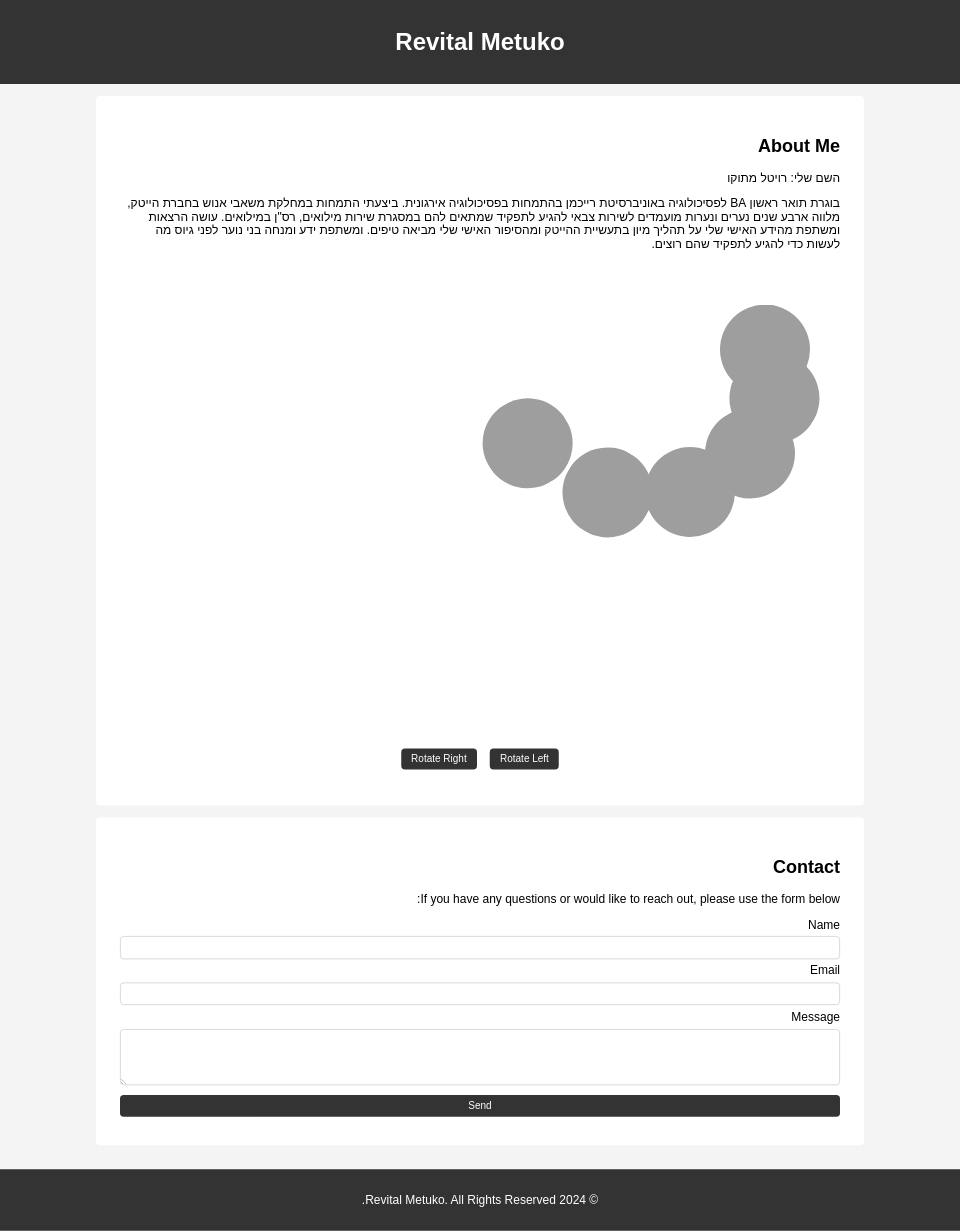
Repository: revitalmetuko/spiral-gallery
Page: RevitalWeb/index.html
An editor plug-in stored every save of this project. The page is shown before and after the next save, followed by the edit.
The browser window is 1280 px wide. The pictures show the whole page, at 75% of full size.
Pictures or frames that could not be fetched are drawn as grey boxes.

Above is the page before, as saved 2024-08-03 22:30:27.

### RevitalWeb/index.html
<!DOCTYPE html>
<html lang="en">
<head>
    <meta charset="UTF-8">
    <meta name="viewport" content="width=device-width, initial-scale=1.0">
    <title>Revital Metuko</title>
    <style>
        body {
            font-family: Arial, sans-serif;
            margin: 0;
            padding: 0;
            background-color: #f4f4f4;
            direction: rtl;
            text-align: right;
        }
        .header {
            background-color: #333;
            color: #fff;
            padding: 1em 0;
            text-align: center;
        }
        .container {
            width: 80%;
            margin: auto;
            overflow: hidden;
            padding: 1em 0;
        }
        .about, .contact {
            background: #fff;
            padding: 2em;
            margin-bottom: 1em;
            border-radius: 5px;
        }
        .spiral-container {
            position: relative;
            width: 600px;
            height: 600px;
            margin: 2em auto;
        }
        .spiral-container img {
            position: absolute;
            width: 120px;
            height: 120px;
            border-radius: 50%;
            transform-origin: center;
            transition: transform 0.5s;
            cursor: pointer;
        }
        .footer {
            text-align: center;
            padding: 1em 0;
            background-color: #333;
            color: #fff;
        }
        form {
            display: flex;
            flex-direction: column;
        }
        input, textarea {
            padding: 0.5em;
            margin: 0.5em 0;
            border: 1px solid #ccc;
            border-radius: 5px;
        }
        input[type="submit"] {
            background-color: #333;
            color: #fff;
            border: none;
            cursor: pointer;
        }
        .controls {
            text-align: center;
            margin: 1em 0;
        }
        .controls button {
            padding: 0.5em 1em;
            margin: 0 0.5em;
            background-color: #333;
            color: #fff;
            border: none;
            cursor: pointer;
            border-radius: 5px;
        }
    </style>
</head>
<body>

    <div class="header">
        <h1>Revital Metuko</h1>
    </div>

    <div class="container">
        <div class="about">
            <h2>About Me</h2>
            <p>השם שלי: רויטל מתוקו</p>
            <p>בוגרת תואר ראשון BA לפסיכולוגיה באוניברסיטת רייכמן בהתמחות בפסיכולוגיה אירגונית. ביצעתי התמחות במחלקת משאבי אנוש בחברת הייטק, מלווה ארבע שנים נערים ונערות מועמדים לשירות צבאי להגיע לתפקיד שמתאים להם במסגרת שירות מילואים, רס"ן במילואים. עושה הרצאות ומשתפת מהידע האישי שלי על תהליך מיון בתעשיית ההייטק ומהסיפור האישי שלי מביאה טיפים. ומשתפת ידע ומנחה בני נוער לפני גיוס מה לעשות כדי להגיע לתפקיד שהם רוצים.</p>
            <div class="spiral-container" id="spiral-container">
                <img src="/img/8ca01ed6-859c-43f2-9bc1-78a3dd2121d4.jpeg" alt="Revital Metuko Image 1">
                <img src="/img/IMG_3363.jpeg" alt="Revital Metuko Image 2">
                <img src="/img/IMG_4815.jpeg" alt="Revital Metuko Image 3">
                <img src="/img/IMG_7943.jpeg" alt="Revital Metuko Image 4">
                <img src="/img/Screenshot 2024-08-03 215234.png" alt="Revital Metuko Image 5">
                <img src="img/IMG_4816.jpeg" alt="Revital Metuko Image 6">
           </div>
            <div class="controls">
                <button id="rotate-left">Rotate Left</button>
                <button id="rotate-right">Rotate Right</button>
            </div>
        </div>

        <div class="contact">
            <h2>Contact</h2>
            <p>If you have any questions or would like to reach out, please use the form below:</p>
            <form action="mailto:revitalmetuko@gmail.com" method="post" enctype="text/plain">
                <label for="name">Name</label>
                <input type="text" id="name" name="name" required>
                <label for="email">Email</label>
                <input type="email" id="email" name="email" required>
                <label for="message">Message</label>
                <textarea id="message" name="message" rows="4" required></textarea>
                <input type="submit" value="Send">
            </form>
        </div>
    </div>

    <div class="footer">
        <p>&copy; 2024 Revital Metuko. All Rights Reserved.</p>
    </div>

    <script>
        const images = document.querySelectorAll('.spiral-container img');
        const centerX = 100;
        const centerY = 100;
        const radiusStep = 30
        let currentRadius = 100;
        const angleStep = 30;
        let currentAngle = 0;

        function updateSpiral() {
            images.forEach((img, index) => {
                const angle = index * angleStep + currentAngle;
                const radians = angle * (Math.PI / 180);
                const x = centerX + currentRadius * Math.cos(radians) - 60;  // Adjusted for larger image size
                const y = centerY + currentRadius * Math.sin(radians) - 60;  // Adjusted for larger image size
                img.style.transform = `translate(${x}px, ${y}px) rotate(${angle}deg)`;
                currentRadius += radiusStep;
            });
            currentRadius = 100;  // Reset radius for next update
        }

        document.getElementById('rotate-left').addEventListener('click', () => {
            currentAngle -= angleStep;
            updateSpiral();
        });

        document.getElementById('rotate-right').addEventListener('click', () => {
            currentAngle += angleStep;
            updateSpiral();
        });

        // Make images draggable
        images.forEach(img => {
            img.draggable = true;

            img.addEventListener('dragstart', (e) => {
                e.dataTransfer.setData('text/plain', null);
                img.style.opacity = '0.5';
            });

            img.addEventListener('dragend', () => {
                img.style.opacity = '1';
            });

            img.addEventListener('dragover', (e) => {
                e.preventDefault();
                const x = e.clientX - img.parentNode.offsetLeft - 80;
                const y = e.clientY - img.parentNode.offsetTop - 80;
                img.style.transform = `translate(${x}px, ${y}px)`;
            });
        });

        // Initial spiral setup
        updateSpiral();
    </script>

</body>
</html>

After the next save:
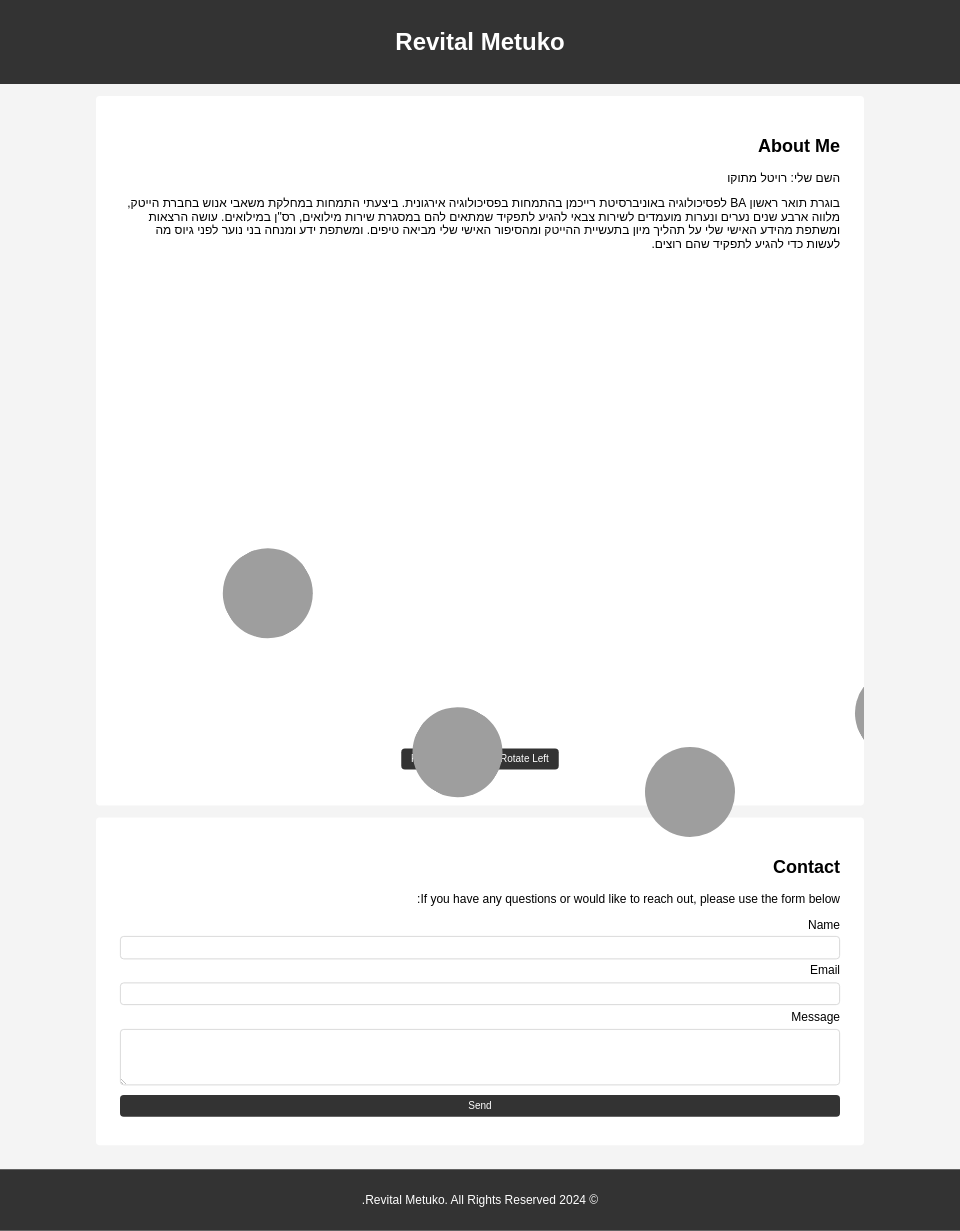
Saved 4 s later.
--- a/RevitalWeb/index.html
+++ b/RevitalWeb/index.html
@@ -132,7 +132,7 @@
         const centerX = 100;
         const centerY = 100;
         const radiusStep = 30
-        let currentRadius = 100;
+        let currentRadius = 500;
         const angleStep = 30;
         let currentAngle = 0;
 
